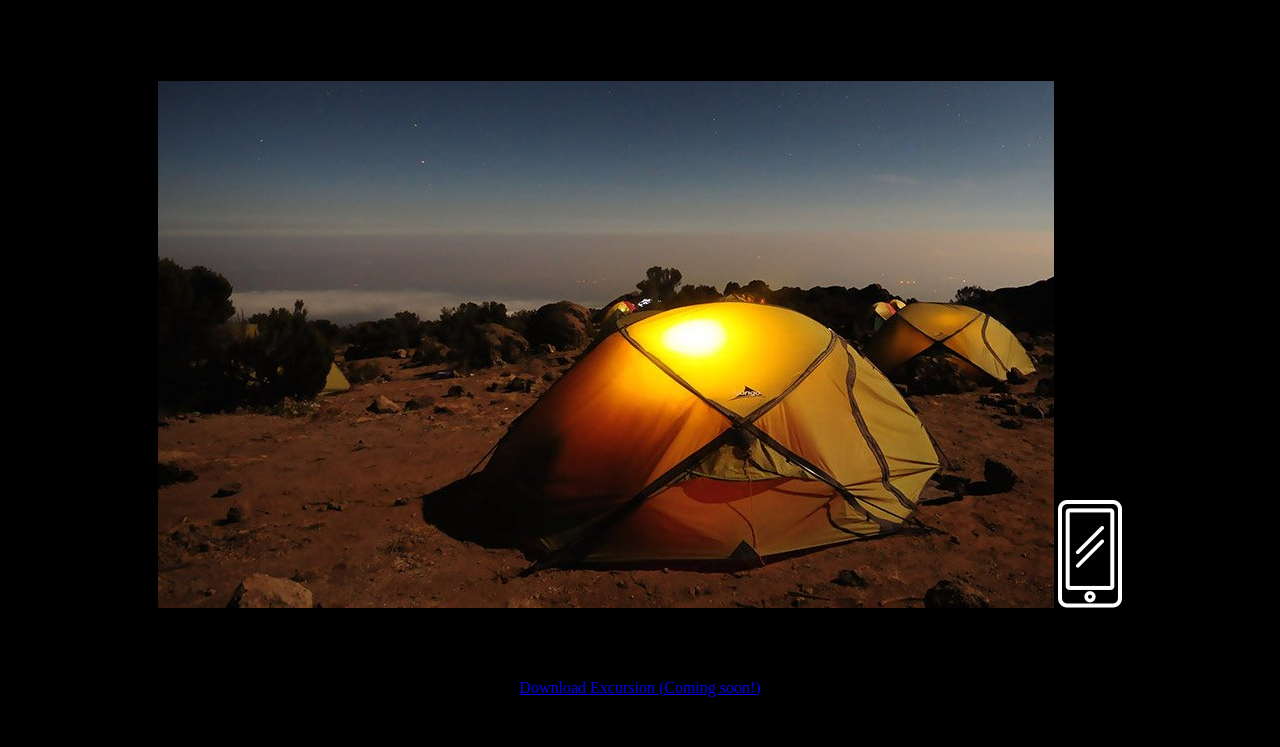
Repository: hymxzx/excursion
Page: index.html
These files come from the project's save history. The page is drawn as it stood at one moment and after the next save; the edit follows.
The browser window is 1280 px wide. The pictures show the part of the page from y = 288 to 1147 px (the page is 1035 px tall before and 1147 px after).
A picture or video elsewhere on the page could not be fetched, so the positions and the page height are approximate.

Above is the page before, as saved 2020-12-26 10:08:45.

After the next save:
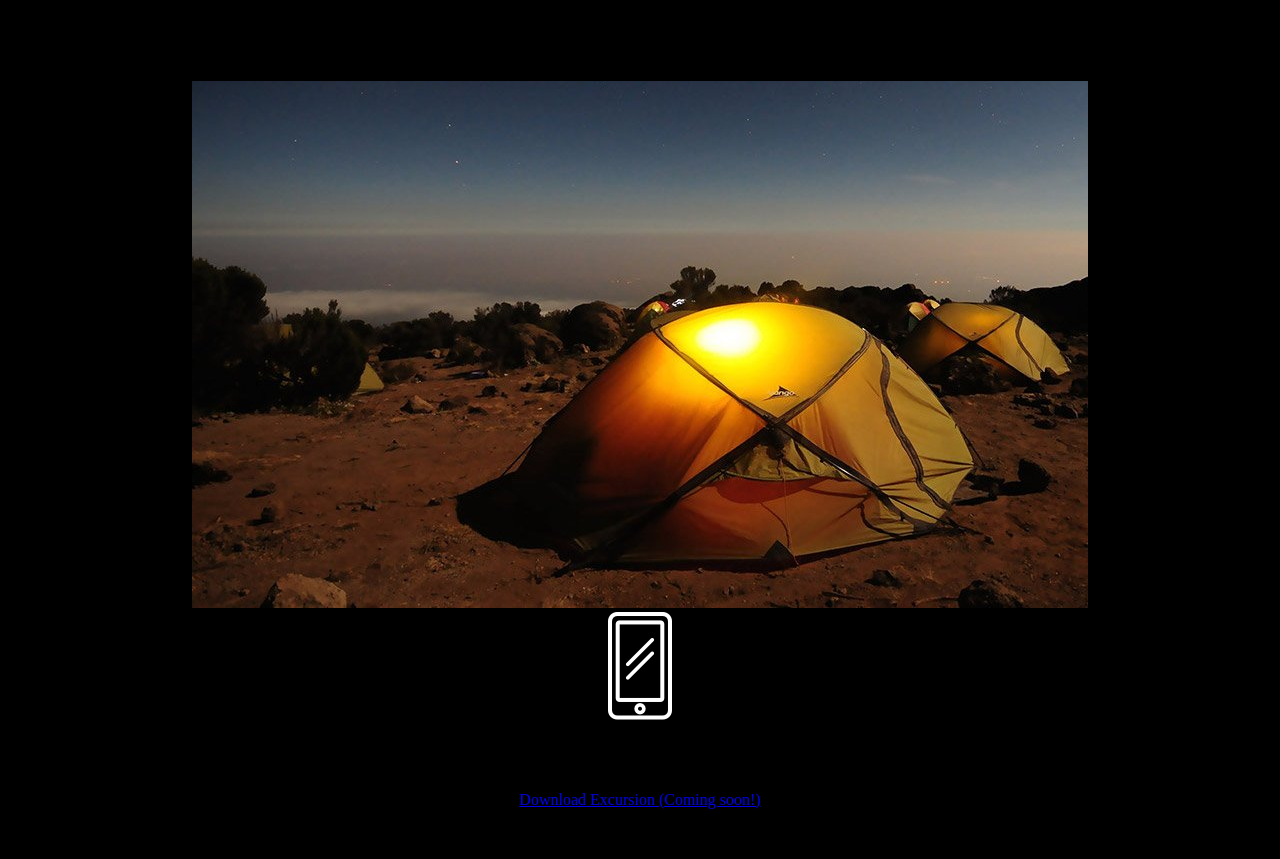
Saved 13 s later.
--- a/index.html
+++ b/index.html
@@ -24,7 +24,7 @@
         interest around you.
       </p>
       <img src="./resources/images/camp.jpg" alt="image of a tent camping outdoors" />
-
+      <br>
       <img src="./resources/images/phone.png" alt="icon of iphone" />
       <p>
           <h2>Coming Soon for iPhone and Android</h2>
